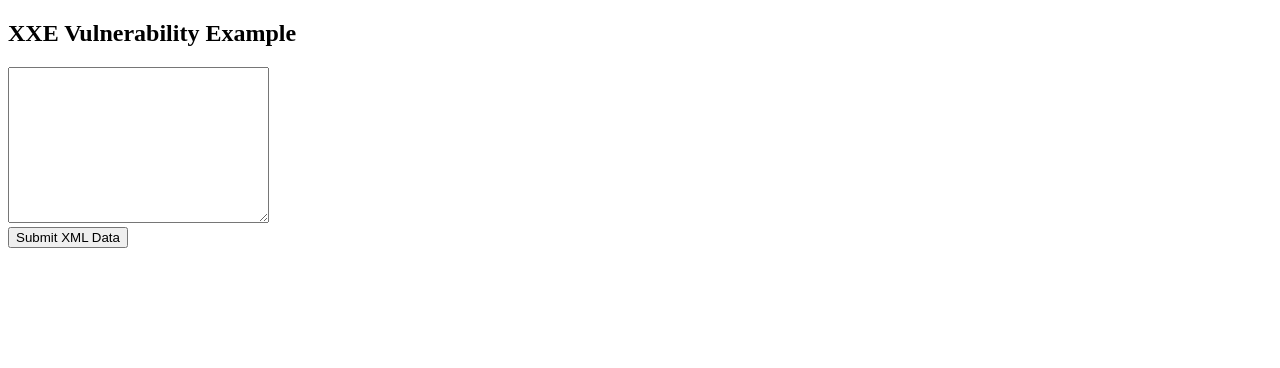
Repository: LeeJaeweon/Camping_Weak_v1.0
Page: http://localhost/SSS/rss_test.jsp
These files come from the project's save history. The page is drawn as it stood at one moment and after the next save; the edit follows.
The browser window is 1280 px wide. The pictures show the whole page.
Some web libraries are served in a nearby version. The page is served by Tomcat 9.

Above is the page before, as saved 2023-11-19 07:40:46.

After the next save:
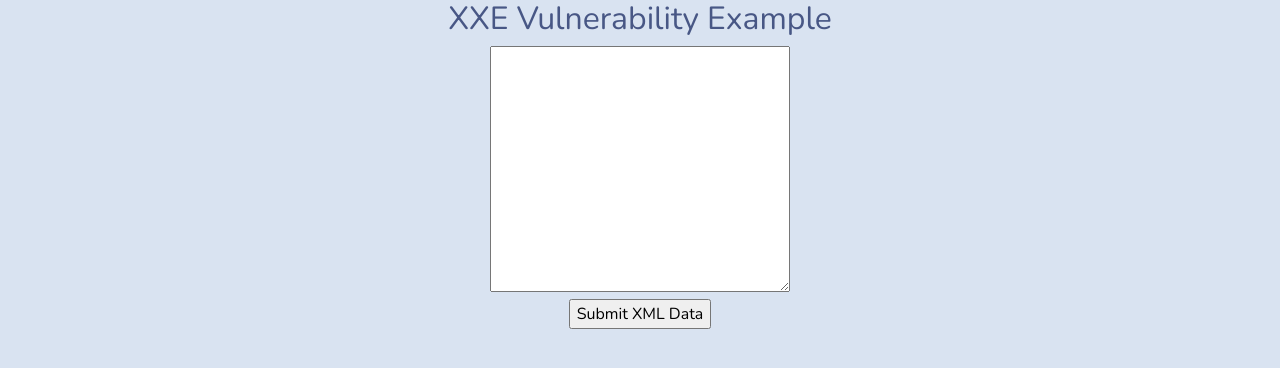
Saved 2 min 22 s later.
--- a/JSP/SSS/src/main/webapp/rss_test.jsp
+++ b/JSP/SSS/src/main/webapp/rss_test.jsp
@@ -7,8 +7,11 @@
 <html>
 <head>
     <title>XXE Vulnerability Test</title>
+    <meta http-equiv="Content-Type" content="text/html; charset=UTF-8">
+    <meta name="viewport" content="width=device-width, initial-scale=1">
+    <link rel="stylesheet" href="css/bootstrap.css">
 </head>
-<body>
+<body class="text-center">
 <h2>XXE Vulnerability Example</h2>
 <%
     String xmlData = request.getParameter("xmlData");
@@ -36,5 +39,8 @@
     <textarea name="xmlData" rows="10" cols="30"></textarea><br>
     <input type="submit" value="Submit XML Data">
 </form>
+
+    <script src="http://code.jquery.com/jquery-3.1.1.min.js"></script>
+    <script src="https://stackpath.bootstrapcdn.com/bootstrap/5.0.0-alpha1/js/bootstrap.min.js"></script>
 </body>
 </html>
